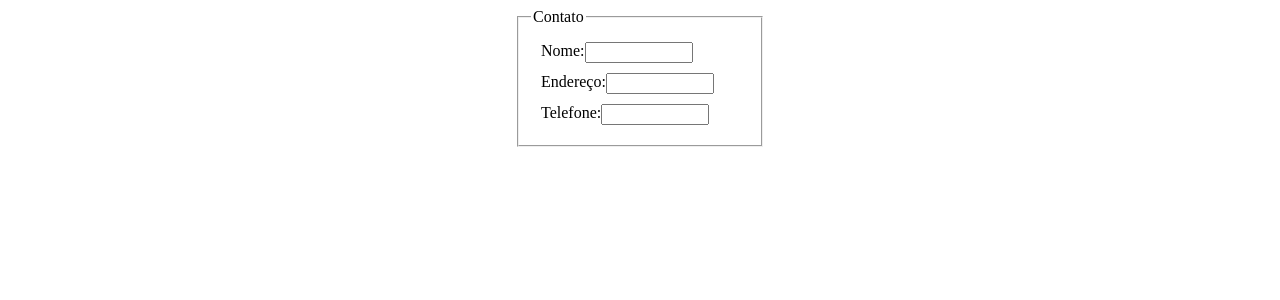
Repository: daniloserafim/trilha-backend-senai
Page: exemploServlet/WebContent/contato.html
An editor plug-in stored every save of this project. The page is shown before and after the next save, followed by the edit.
The browser window is 1280 px wide. The pictures show the whole page.

Above is the page before, as saved 2022-05-31 22:53:21.

### exemploServlet/WebContent/contato.html
<!DOCTYPE html>
<html>
<head>
<meta charset="ISO-8859-1">
<title>Insert title here</title>
<link rel="stylesheet" type="text/css" href="style.css">
</head>
<body>
	<form>
		<fieldset>
			<legend>Contato</legend>
			<div class="form-box">
				<div class="nome-box item-box">
					<div class="nome-title title-box">
						<label>Nome:</label>
					</div>
					<div class="nome-input">
						<input required>
					</div>
				</div>
				<div class="endereco-box item-box">
					<div class="endereco-title title-box">
						<label>Endereço:</label>
					</div>
					<div class="endereco-input">
						<input required>
					</div>
				</div>
				<div class="telefone-box item-box">
					<div class="telefone-title title-box">
						<label>Telefone:</label>
					</div>
					<div class="telefone-input">
						<input required>
					</div>
				</div>

			</div>
		</fieldset>
	</form>
</body>
</html>

### exemploServlet/WebContent/style.css
@charset "ISO-8859-1";


body {
	display: flex;
	justify-content: center;
	align-items: center;
}

form {
	width: 250px;
}

input {
	width: 100px;
}

.item-box {
	display: flex;
	flex-direction: row;
	margin: 10px;
}

After the next save:
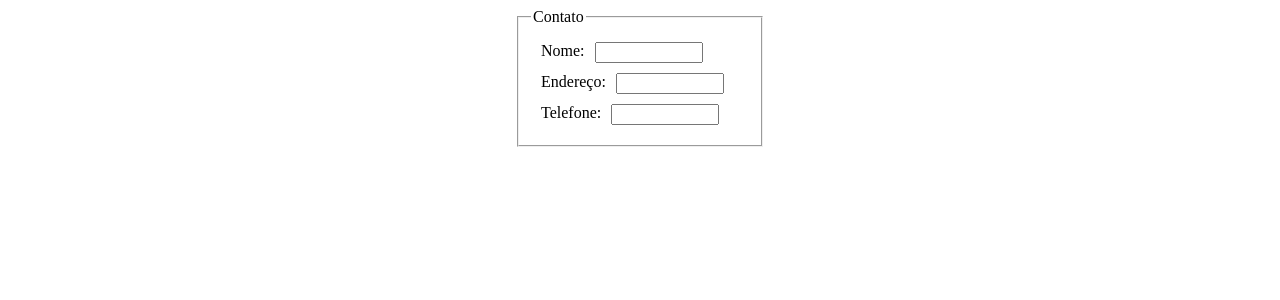
Saved 35 s later.
--- a/exemploServlet/WebContent/style.css
+++ b/exemploServlet/WebContent/style.css
@@ -20,3 +20,7 @@ input {
 	flex-direction: row;
 	margin: 10px;
 }
+
+.title-box {
+	margin-right: 10px;
+}
